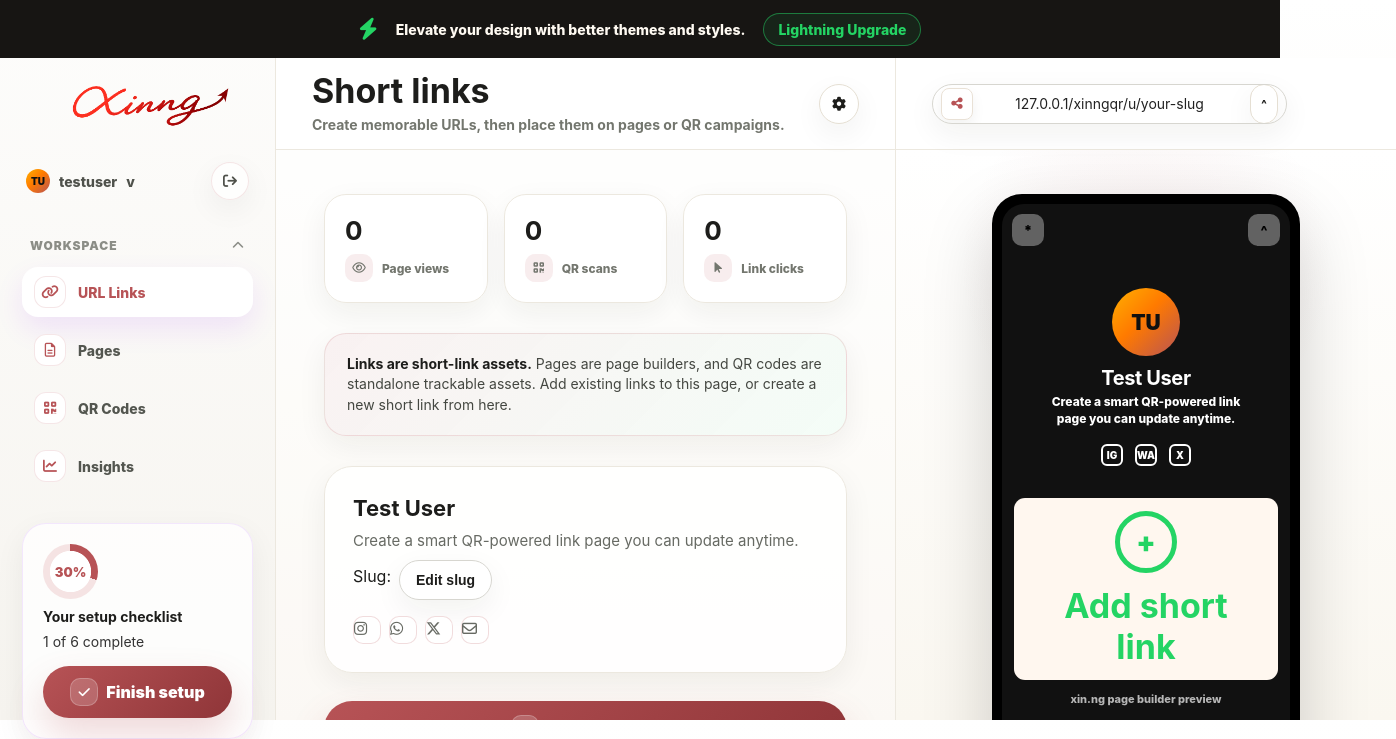
Repository: AyendiSimeon1/xinngqr
Page: http://localhost/xinngqr/dashboard.php
An editor plug-in stored every save of this project. The page is shown before and after the next save, followed by the edit.
The browser window is 1280 px wide. The page is 1396 px wide, so the pictures cover 1396 px, including what lies to the right of the window. The pictures show the whole page.
An inner scrolling area shows only its first screen. The page is run by PHP 8.4 with error messages shown; the project is at /var/www/html/. The session is filled in as if someone had signed in: {"user_id": 1, "user_name": "Test User"}. Queries for data that is not in the repository find no rows.

Above is the page before, as saved 2026-06-20 06:35:02.

After the next save:
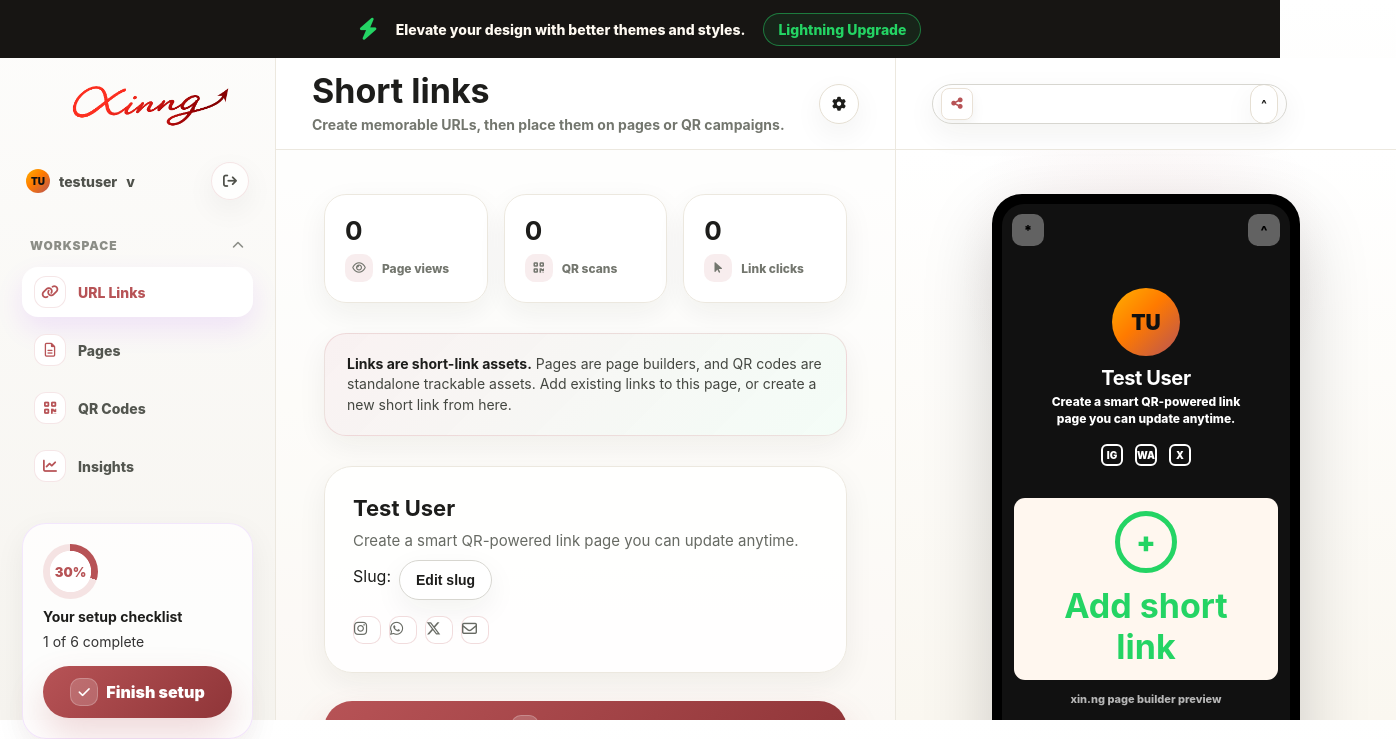
Saved 98 s later.
--- a/dashboard.php
+++ b/dashboard.php
@@ -261,9 +261,11 @@
     <aside class="preview" aria-label="Public page preview">
       <header class="preview-header">
         <div class="url-pill">
+
           <button class="pill-share" aria-label="Share page" title="Share page"><i class="fa-solid fa-share-nodes"></i></button>
+
           <span class="label-icon"><a class="icon-btn" href="<?= e($displayUrl) ?>" target="_blank" rel="noopener" aria-label="Open public page">^</a></span>
-          <span class="url-text"><?= e(str_replace(['http://', 'https://'], '', $displayUrl)) ?></span>
+
         </div>
         <!-- <div class="header-actions">
 

After the save that followed:
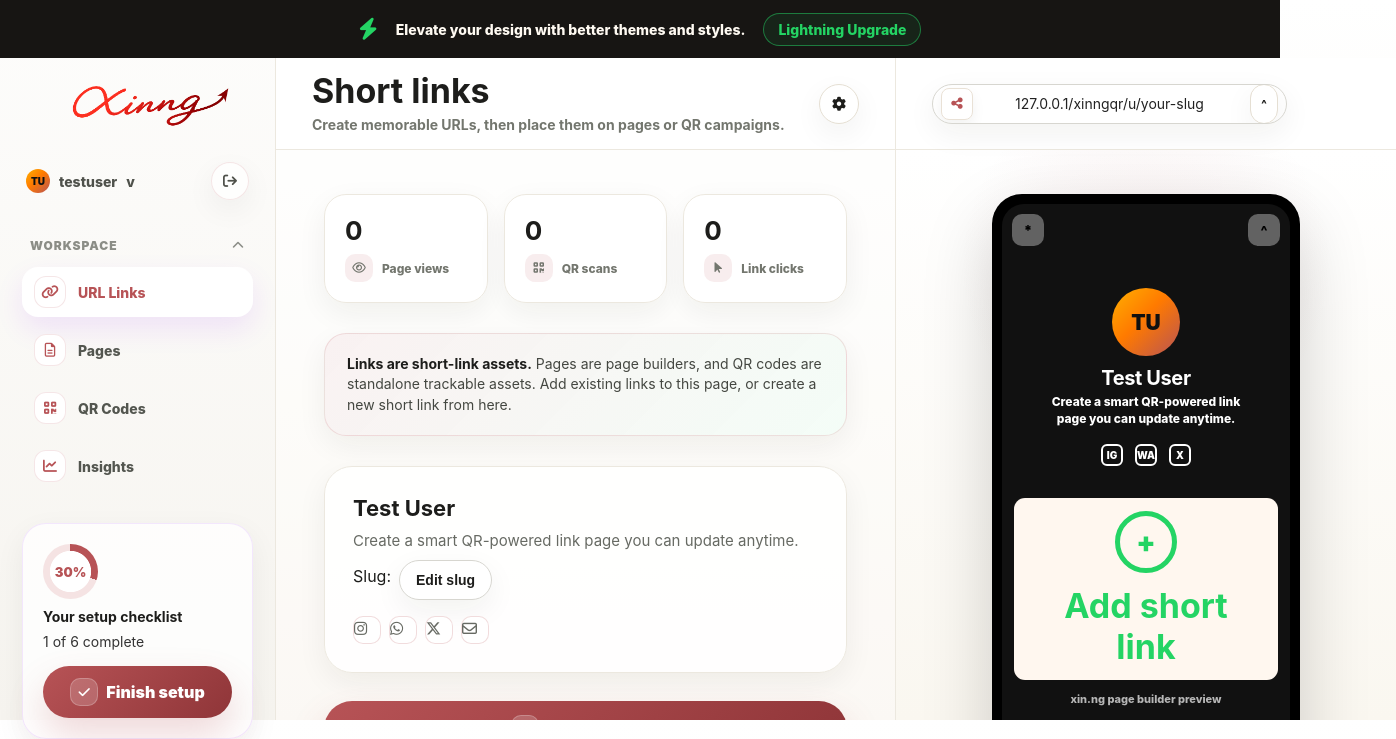
Saved 15 s later.
--- a/dashboard.php
+++ b/dashboard.php
@@ -266,6 +266,7 @@
 
           <span class="label-icon"><a class="icon-btn" href="<?= e($displayUrl) ?>" target="_blank" rel="noopener" aria-label="Open public page">^</a></span>
 
+          <span class="url-text"><?= e(str_replace(['http://', 'https://'], '', $displayUrl)) ?></span>
         </div>
         <!-- <div class="header-actions">
 
